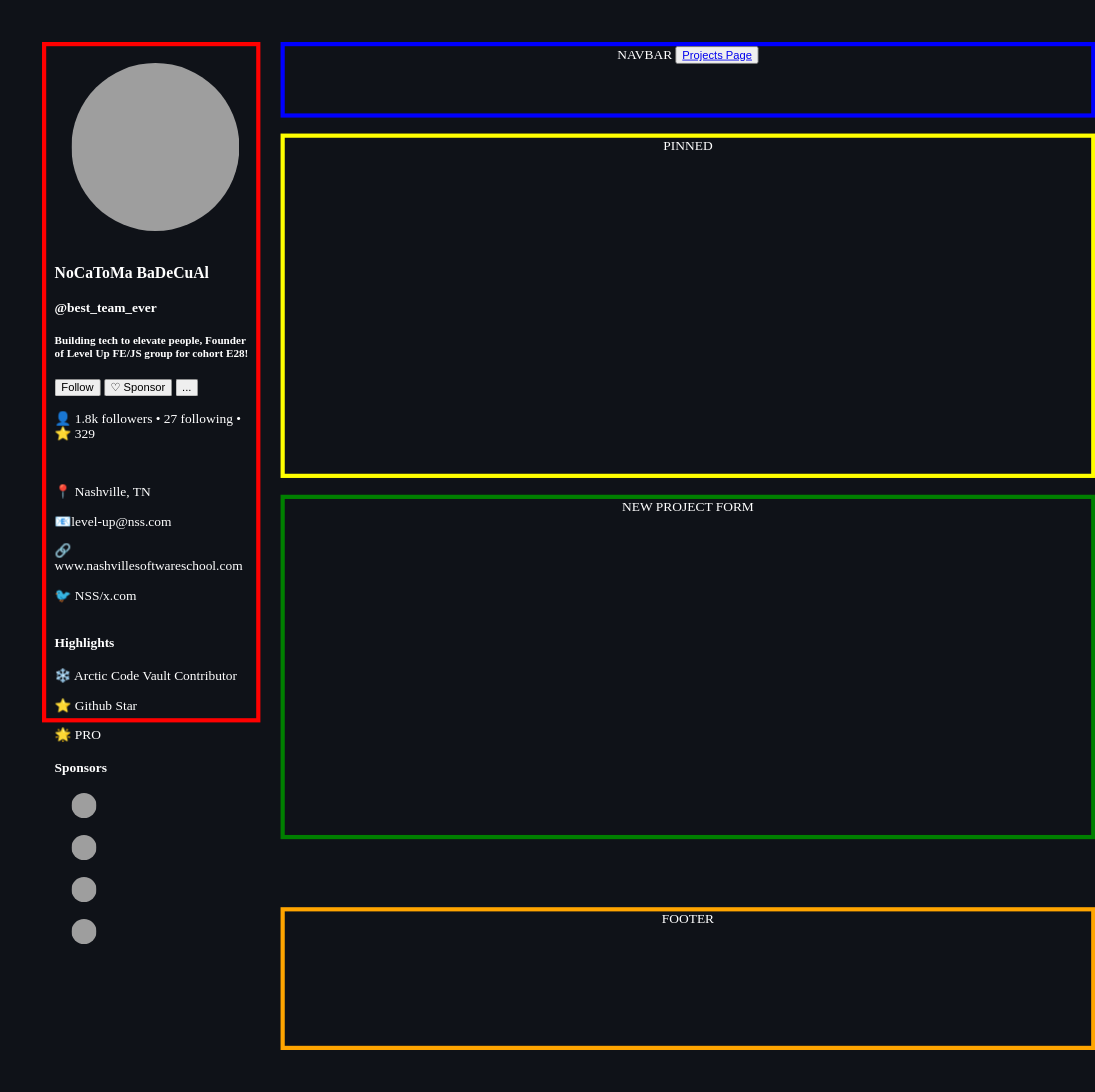
Repository: nss-evening-cohort-28/nss-evening-cohort-28-classroom-gitsub-Q1-project-gitsub
Page: index.html
The author's editor kept a copy of each file at every save. The page is drawn from the files as they stood at one save, then again after the next save.
The browser window is 1280 px wide. The page is 1304 px wide, so the pictures cover 1304 px, including what lies to the right of the window. The pictures show the whole page, at 84% of full size.
Pictures or frames that could not be fetched are drawn as grey boxes.

Above is the page before, as saved 2024-08-07 20:40:43.

After the next save:
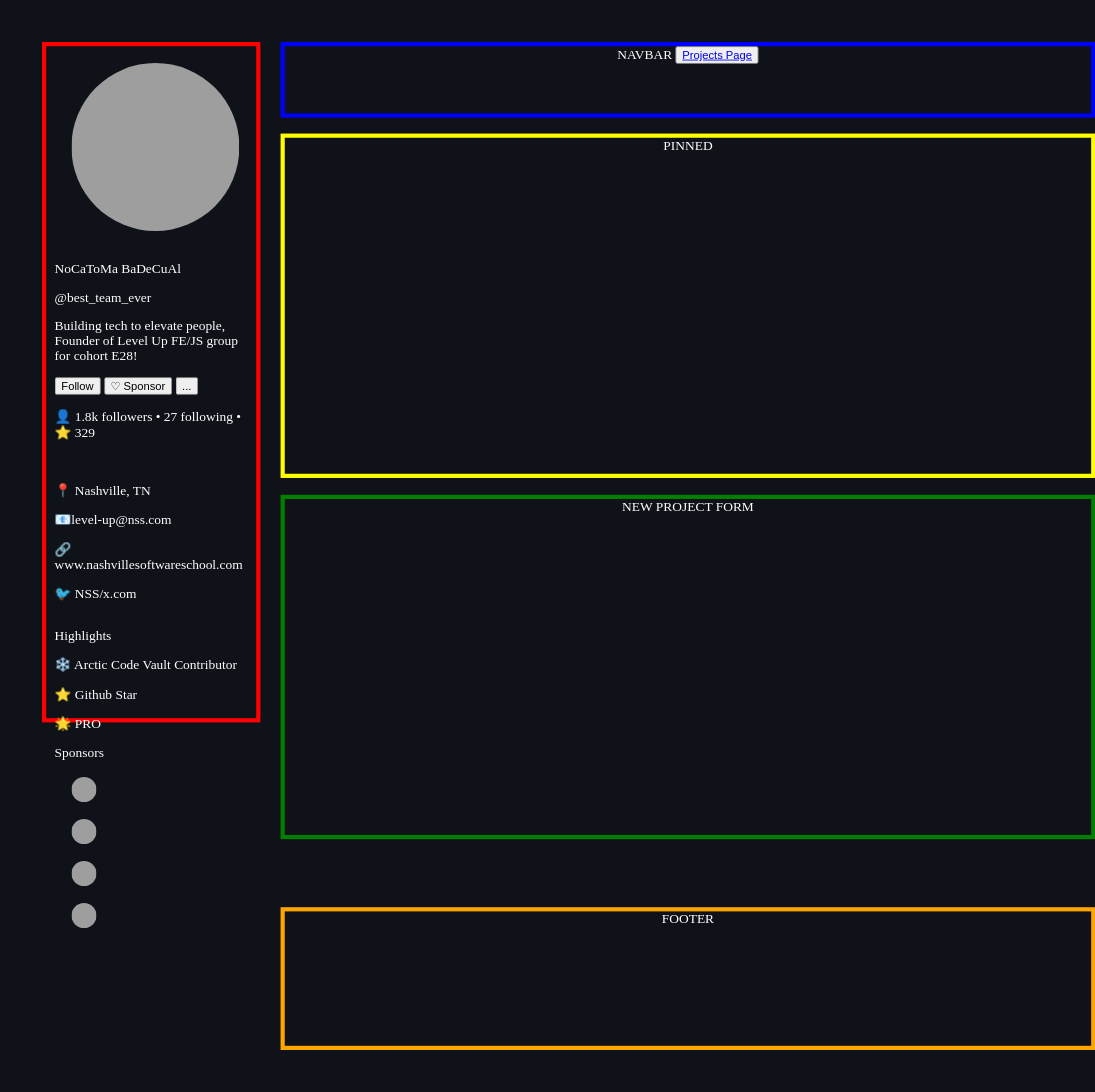
Saved 4 min 47 s later.
--- a/index.html
+++ b/index.html
@@ -12,9 +12,9 @@
           <div class="top-section">
             <img src="https://media.tenor.com/GliBTZeL1kQAAAAM/%D0%BC%D0%BE%D0%B9-%D0%B4%D0%B5%D0%B4.gif" class="card-img-top" >
             <div class="profile-info">
-            <h3>NoCaToMa BaDeCuAl</h3>
-            <h4>@best_team_ever</h4>
-            <h5>Building tech to elevate people, Founder of Level Up FE/JS group for cohort E28!</h5>
+            <p>NoCaToMa BaDeCuAl</p>
+            <p>@best_team_ever</p>
+            <p>Building tech to elevate people, Founder of Level Up FE/JS group for cohort E28!</p>
             </div>
             <div class="profile-section-buttons">
               <div class="d-grid gap-2 d-md-block">
@@ -33,13 +33,13 @@
             </div>
           </div>
           <div class="middle-section">
-            <h4>Highlights</h4>
+            <p>Highlights</p>
             <p>❄️ Arctic Code Vault Contributor</p>
             <p>⭐️ Github Star</p>
             <p>🌟 PRO</p>
           </div>
           <div class="bottom-section">
-            <h4>Sponsors</h4>
+            <p>Sponsors</p>
             <img src="https://avatars.githubusercontent.com/u/31261276?s=100&v=4" class="sponsor-pic">
             <img src="https://avatars.githubusercontent.com/u/137121714?s=100&v=4" class="sponsor-pic">
             <img src="https://avatars.githubusercontent.com/u/173638175?s=100&v=4" class="sponsor-pic">
